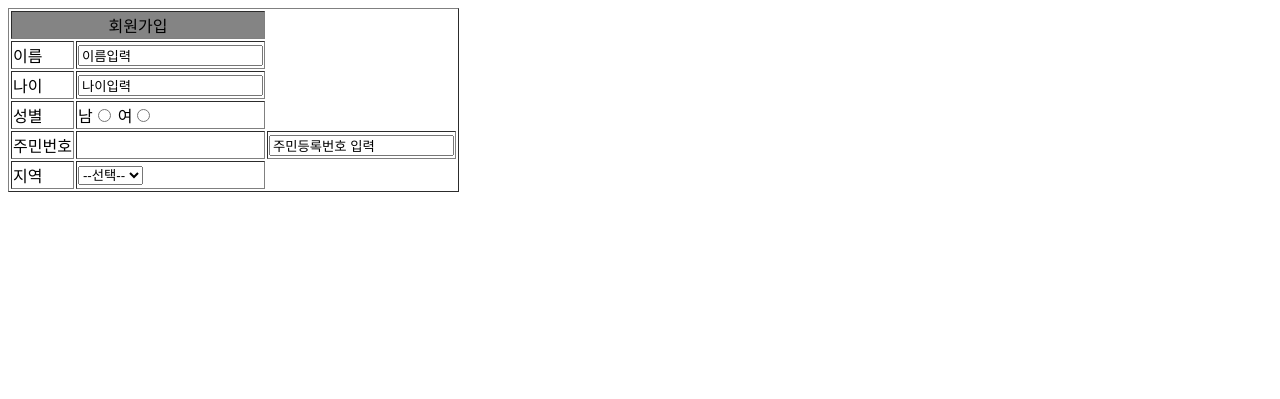
Repository: gunvv00/Java_practice
Page: html_work/html01/WebContent/goods.html
These files come from the project's save history. The page is drawn as it stood at one moment and after the next save; the edit follows.
The browser window is 1280 px wide. The pictures show the whole page.

Above is the page before, as saved 2020-01-02 06:35:59.

### html_work/html01/WebContent/goods.html
<!DOCTYPE html>
<html>
<head>
<meta charset="UTF-8">
<title>Insert title here</title>
</head>
<body>
	<TABLE Border = 1 >
	<tr>
		<td bgcolor = "#848484" align = center colspan = "2">회원가입</td>
	</tr>
	<tr>
		<td>이름</td>
		<td><input type = "text" name="name" value = "이름입력"></td>
	</tr>
	<tr>
		<td>나이</td>
		<td><input type = "text" name="age" value = "나이입력"></td>
	</tr>
	<tr>
		<td>성별</td>
		<td>남<input type = "radio" name="gender"/>
			여<input type = "radio" name="gender"/>
		</td>
	</tr>
	<tr>
		<td>주민번호<td>
		<td><input type = "text" name="jumin" value = "주민등록번호 입력"></td>
	</tr>
	<tr>
		<td>지역</td>
		<td>
		<select name = "location">
		<option value="">--선택--</option>
		<option value="j1">서울</option>
		<option value="j2">경기도</option>
		<option value="j3">전라도</option>
		<option value="j3">충청도</option>
		<option value="j3">경상도</option>
		<option value="j3">제주</option>
		</select>
		</td>
	</tr>
	</TABLE>

</body>
</html>

After the next save:
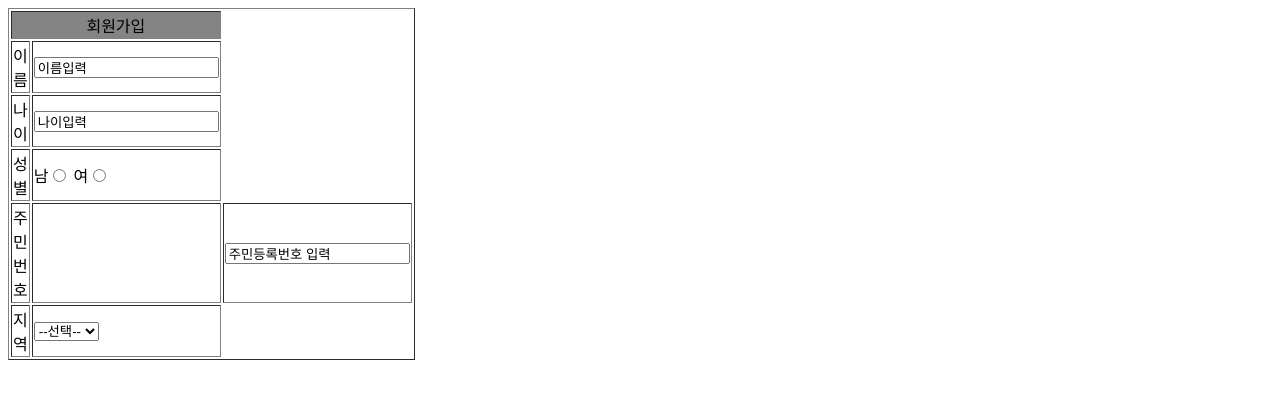
Saved 39 s later.
--- a/html_work/html01/WebContent/goods.html
+++ b/html_work/html01/WebContent/goods.html
@@ -5,7 +5,7 @@
 <title>Insert title here</title>
 </head>
 <body>
-	<TABLE Border = 1 >
+	<TABLE Border = 1 width = 100 >
 	<tr>
 		<td bgcolor = "#848484" align = center colspan = "2">회원가입</td>
 	</tr>

After the save that followed:
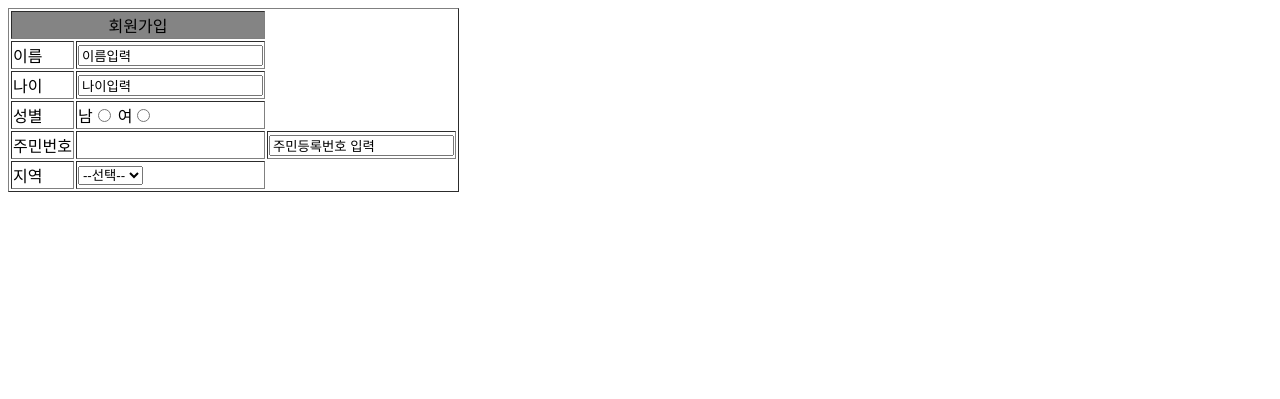
Saved 20 s later.
--- a/html_work/html01/WebContent/goods.html
+++ b/html_work/html01/WebContent/goods.html
@@ -5,7 +5,7 @@
 <title>Insert title here</title>
 </head>
 <body>
-	<TABLE Border = 1 width = 100 >
+	<TABLE Border = 1 height = 100 >
 	<tr>
 		<td bgcolor = "#848484" align = center colspan = "2">회원가입</td>
 	</tr>
